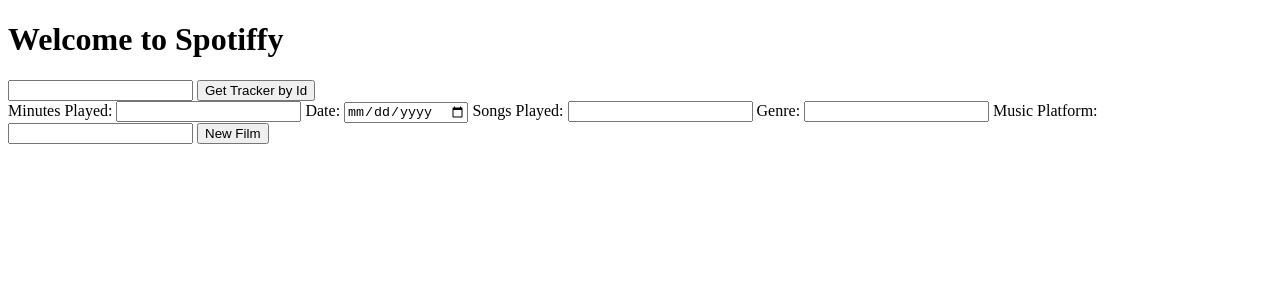
Repository: wcylou/EventTrackerProject
Page: SpotifyREST/src/main/webapp/index.html
The author's editor kept a copy of each file at every save. The page is drawn from the files as they stood at one save, then again after a run of saves.
The browser window is 1280 px wide. The pictures show the whole page.

Above is the page before, as saved 2018-07-18 22:39:51.
Console error: TypeError: Cannot read properties of undefined (reading 'lookup')

After the next 2 saves:
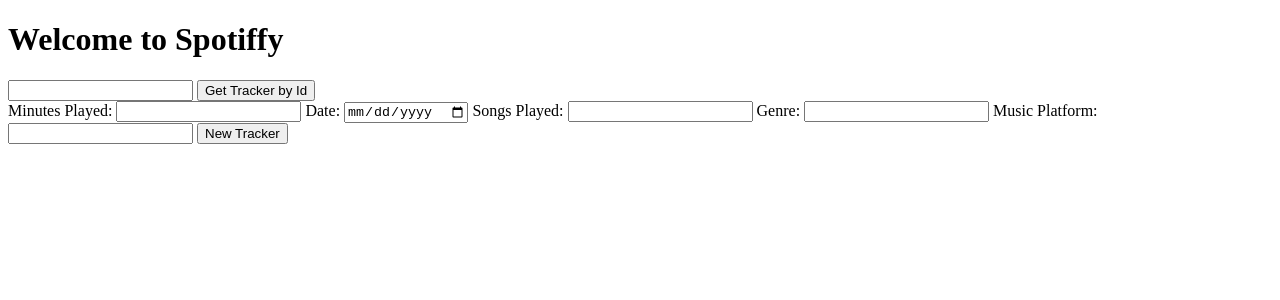
The 2 saves are shown as one change because they came seconds apart.
The last was saved 15 s later.
--- a/SpotifyREST/src/main/webapp/index.html
+++ b/SpotifyREST/src/main/webapp/index.html
@@ -14,11 +14,11 @@
 
   <form name="createTrackerForm" id="createTrackerForm">
     Minutes Played: <input type="number" name="minutesPlayed">
-    Date: <input type="date" name="description">
-    Songs Played: <input type="number" name="releaseYear">
-    Genre: <input type="text" name="rating">
-    Music Platform: <input type="text" name="length">
-    <button name="create">New Film</button>
+    Date: <input type="date" name="date">
+    Songs Played: <input type="number" name="songsPlayed">
+    Genre: <input type="text" name="genre">
+    Music Platform: <input type="text" name="musicPlatform">
+    <button name="create">New Tracker</button>
   </form>
 
   <div id="output">
